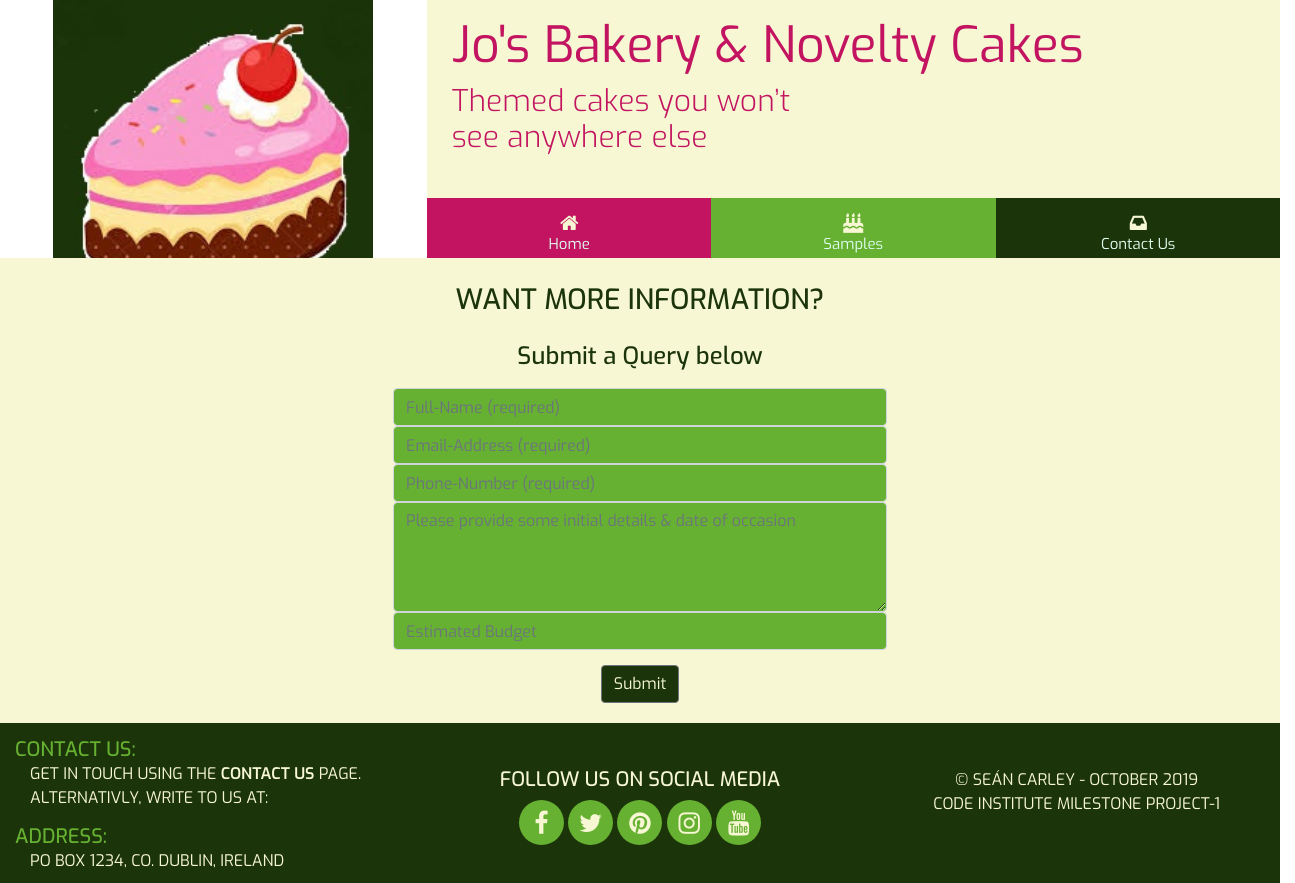
Repository: seanjcarley/Milestone1
Page: contact.html
The author's editor kept a record of every edit. The page is drawn from the files as they stood at one moment, then again after the next edit.
The browser window is 1280 px wide. The page is 1295 px wide, so the pictures cover 1295 px, including what lies to the right of the window. The pictures show the whole page.

Above is the page before.

After the next edit:
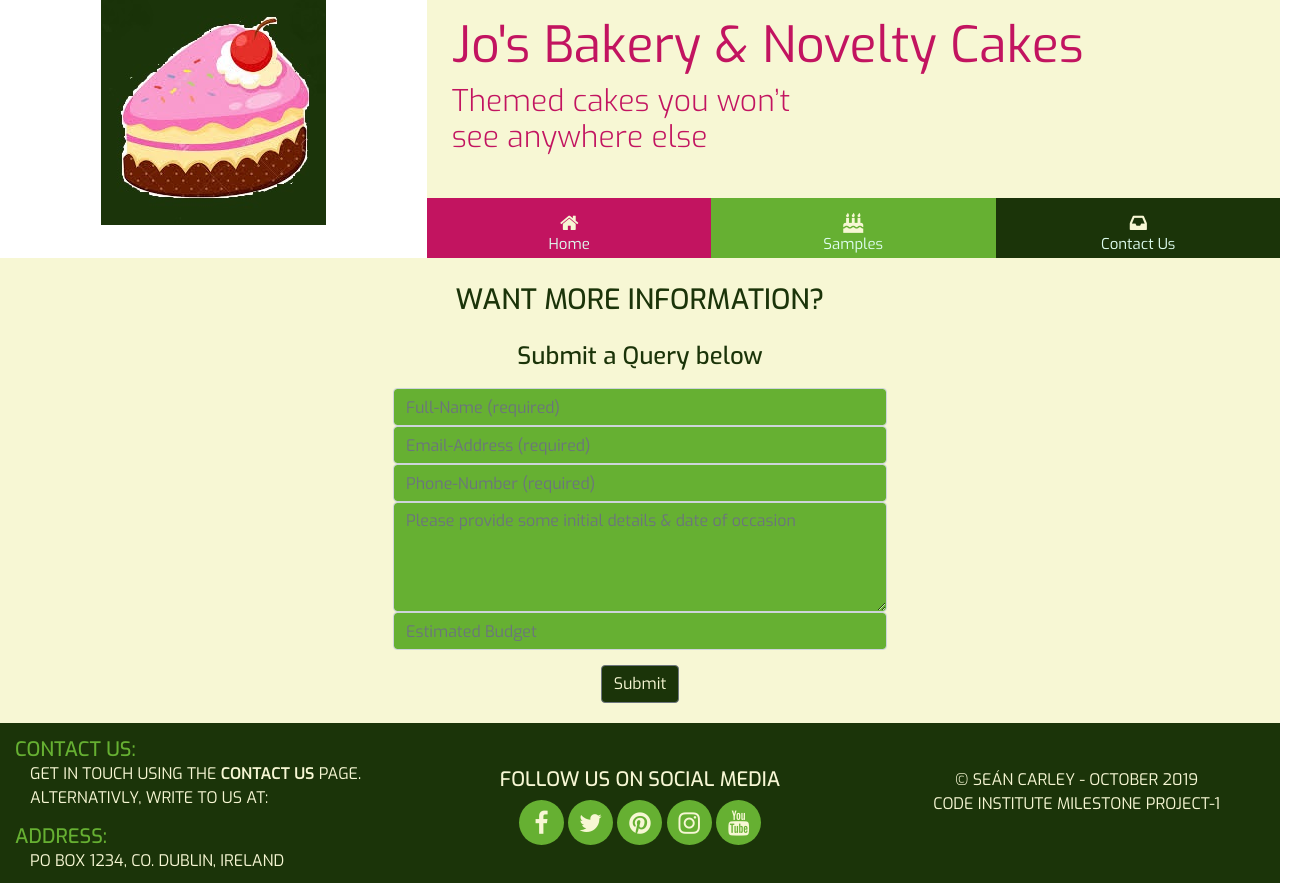
The edit:
--- a/css/style.css
+++ b/css/style.css
@@ -80,7 +80,7 @@
     background: url("../images/slice.jpg");
     background-position: top;
     background-repeat: no-repeat;
-    background-size: 75%;
+    /*background-size: 75%;*/
     /*background-color: #1B3409;*/
     background-color: #fff;
     text-align: center;
